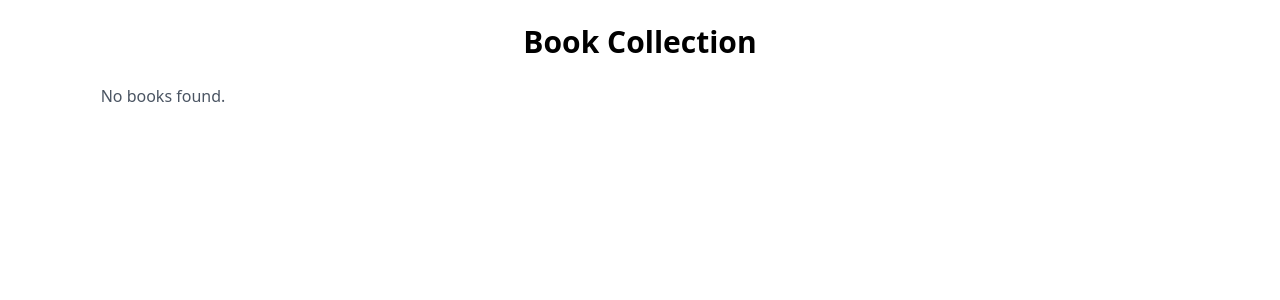
Repository: arjosephine/BookMate
Page: / (app in book-sharing-app/)
These files come from the project's save history. The page is drawn as it stood at one moment and after the next save; the edit follows.
The browser window is 1280 px wide. The pictures show the whole page.
The page's requests for data from a server got no answer. The project was rebuilt for these pictures with package versions that can differ from the ones it lists, and the page was loaded fresh each time. No one was signed in, and anything a server would have sent is missing. Also part of the build but not shown: book-sharing-app/src/components/BookCard.tsx.

Above is the page before, as saved 2024-10-14 21:58:07.

After the next save:
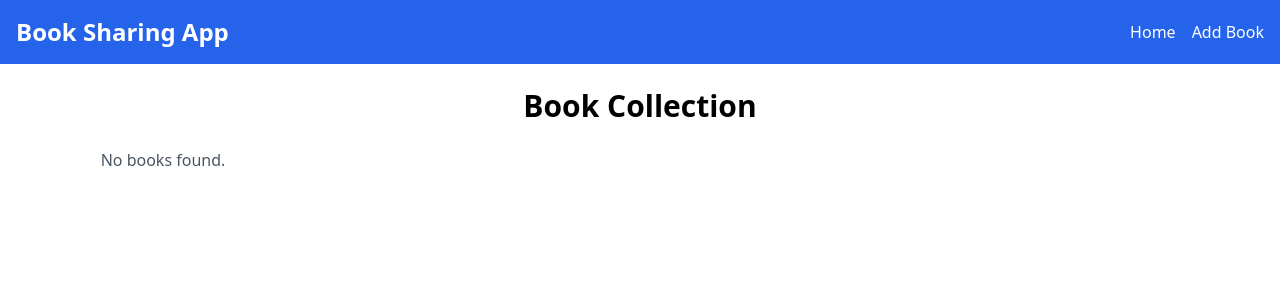
Saved 18 s later.
--- a/book-sharing-app/src/App.tsx
+++ b/book-sharing-app/src/App.tsx
@@ -1,12 +1,15 @@
 import React from 'react';
 import { BrowserRouter as Router, Routes, Route } from 'react-router-dom';
 import Home from './pages/Home';
+import Header from './components/Header'; // Import Header
 
 const App: React.FC = () => {
   return (
     <Router>
+      <Header />
       <Routes>
         <Route path="/" element={<Home />} />
+        {/* Future routes like add-book will go here */}
       </Routes>
     </Router>
   );
